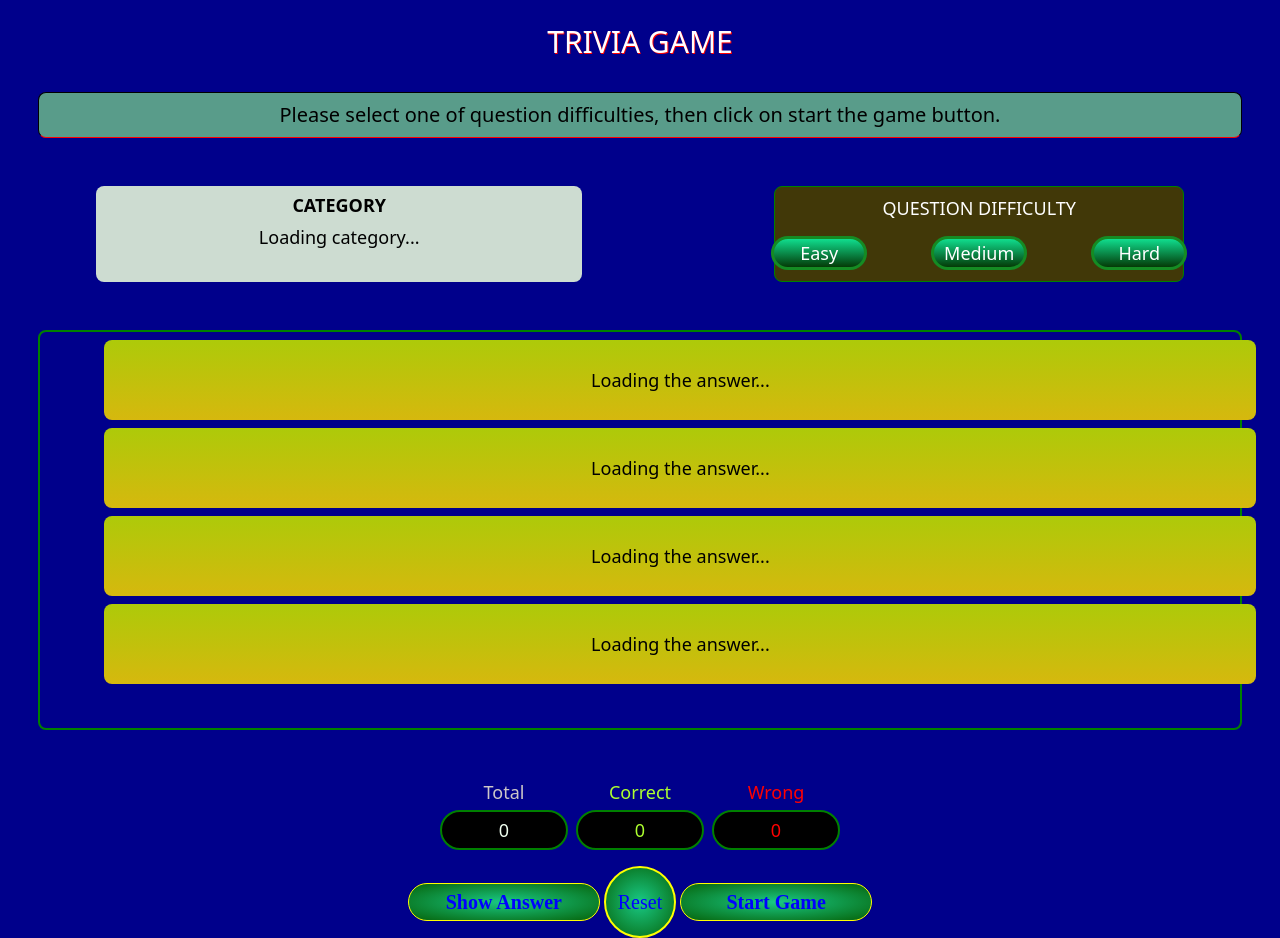
Repository: ShindanoSingi/bembe-trivia
Page: index.html
An editor plug-in stored every save of this project. The page is shown before and after the next save, followed by the edit.
The browser window is 1280 px wide. The pictures show the whole page.
Some web libraries are served in a nearby version.

Above is the page before, as saved 2022-09-08 02:46:51.

After the next save:
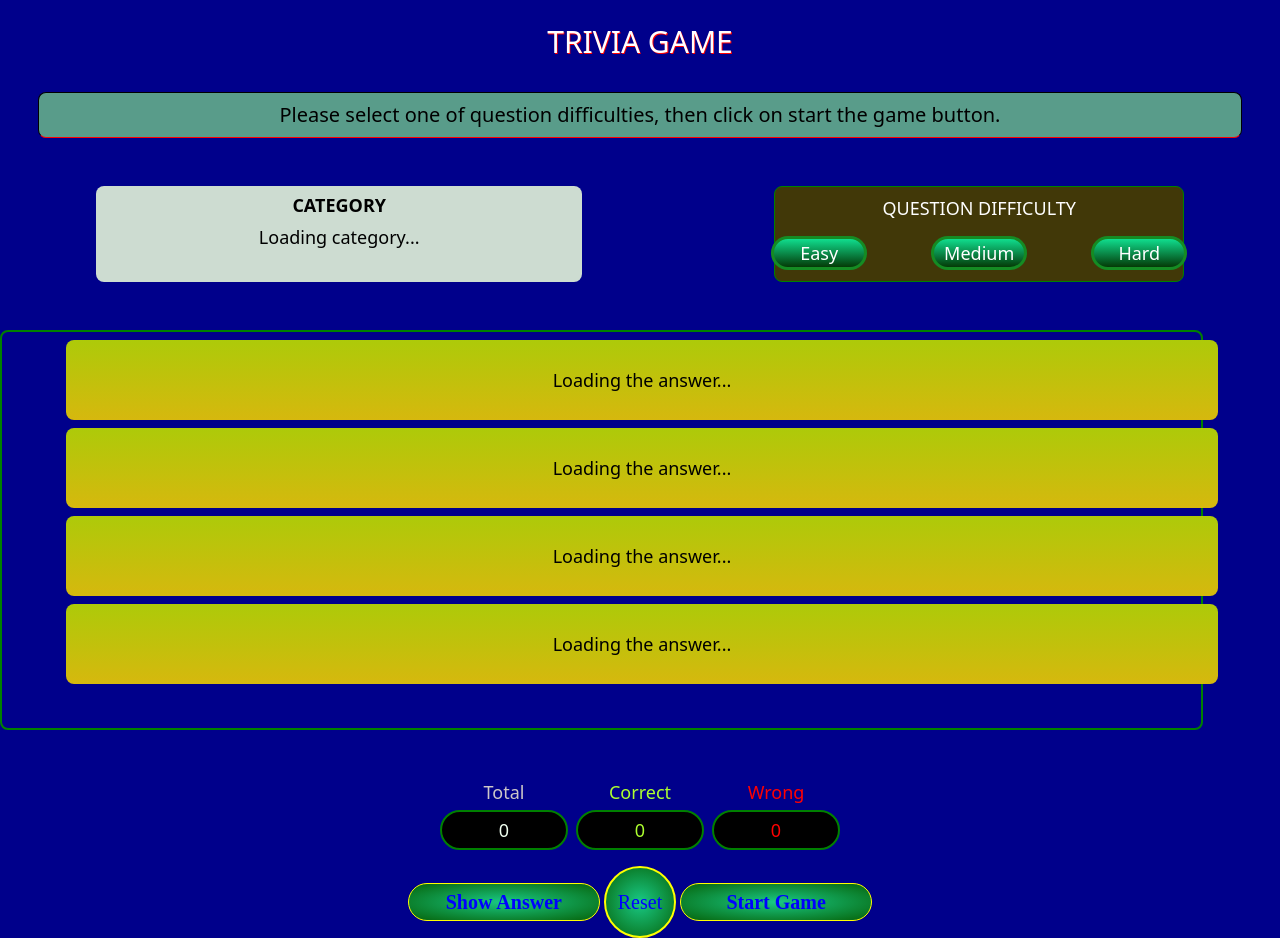
Saved 9 s later.
--- a/index.html
+++ b/index.html
@@ -34,7 +34,7 @@
             </div>
             <div class="imgAndQuestions">
                 <!-- <img class="w-[94vw] h-[25rem] mx-auto" src="pexels-skitterphoto-9198.jpg" alt="nature image"> -->
-                <div class="img w-[94vw] h-[25rem] mx-auto">
+                <div class="img w-[94vw] h-[25rem] my-auto">
                     <div class="answersButtons bottom-[17.2rem] ml-[5vw] flex space-y-2 justify-center  flex-col">
                     <button class="showAnswer md:text-lg w-[90vw] p-1 absolute bottom-[17rem] mx-auto text-sm h-[5rem]">Loading the answer...</button>
                     <button class="response md:text-lg w-[90vw] p-1 text-center text-md h-[5rem]" id="response1">Loading the answer...</button>

After the save that followed:
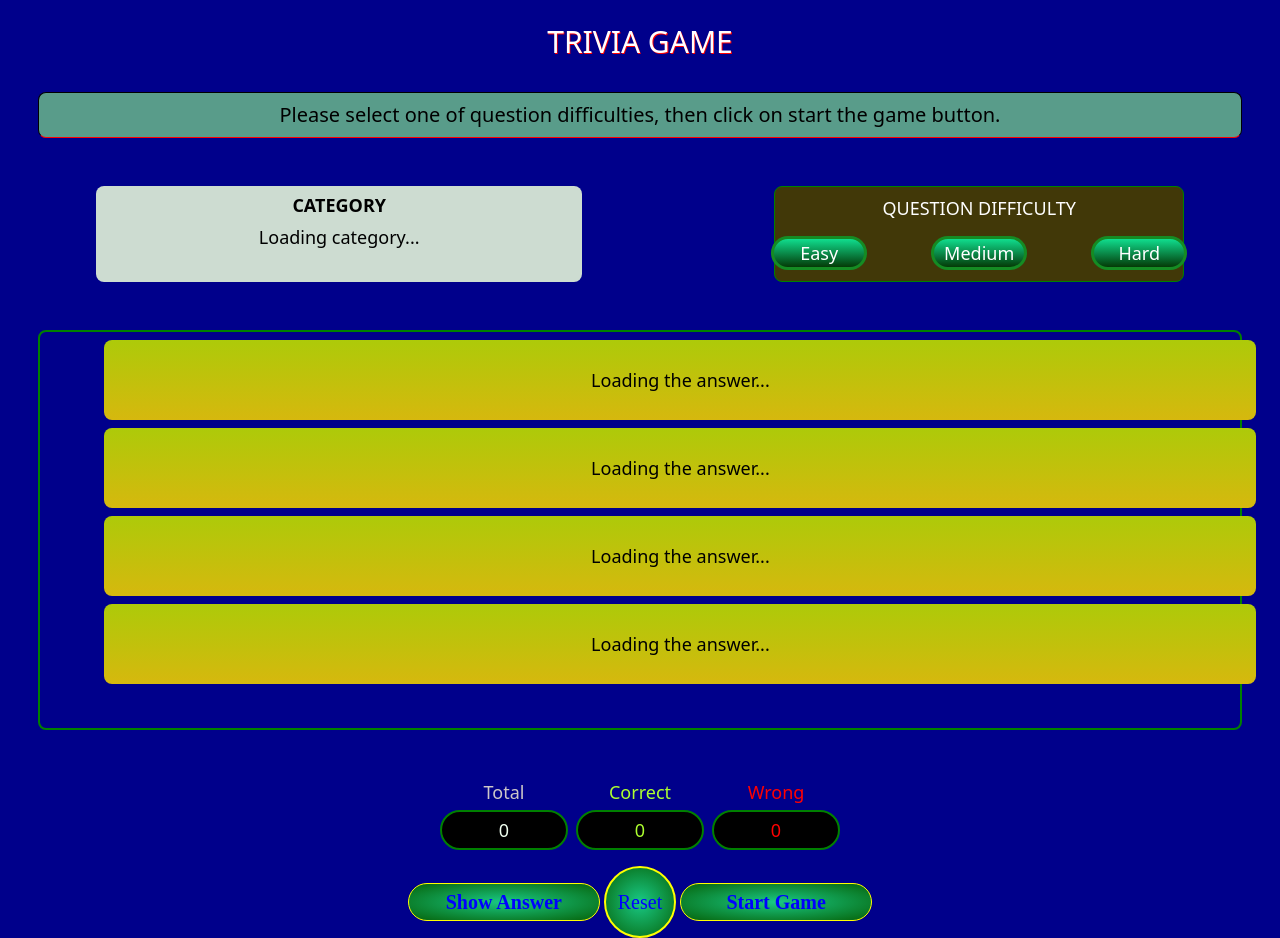
Saved 17 s later.
--- a/index.html
+++ b/index.html
@@ -34,7 +34,7 @@
             </div>
             <div class="imgAndQuestions">
                 <!-- <img class="w-[94vw] h-[25rem] mx-auto" src="pexels-skitterphoto-9198.jpg" alt="nature image"> -->
-                <div class="img w-[94vw] h-[25rem] my-auto">
+                <div class="img w-[94vw] h-[25rem] mx-auto">
                     <div class="answersButtons bottom-[17.2rem] ml-[5vw] flex space-y-2 justify-center  flex-col">
                     <button class="showAnswer md:text-lg w-[90vw] p-1 absolute bottom-[17rem] mx-auto text-sm h-[5rem]">Loading the answer...</button>
                     <button class="response md:text-lg w-[90vw] p-1 text-center text-md h-[5rem]" id="response1">Loading the answer...</button>
